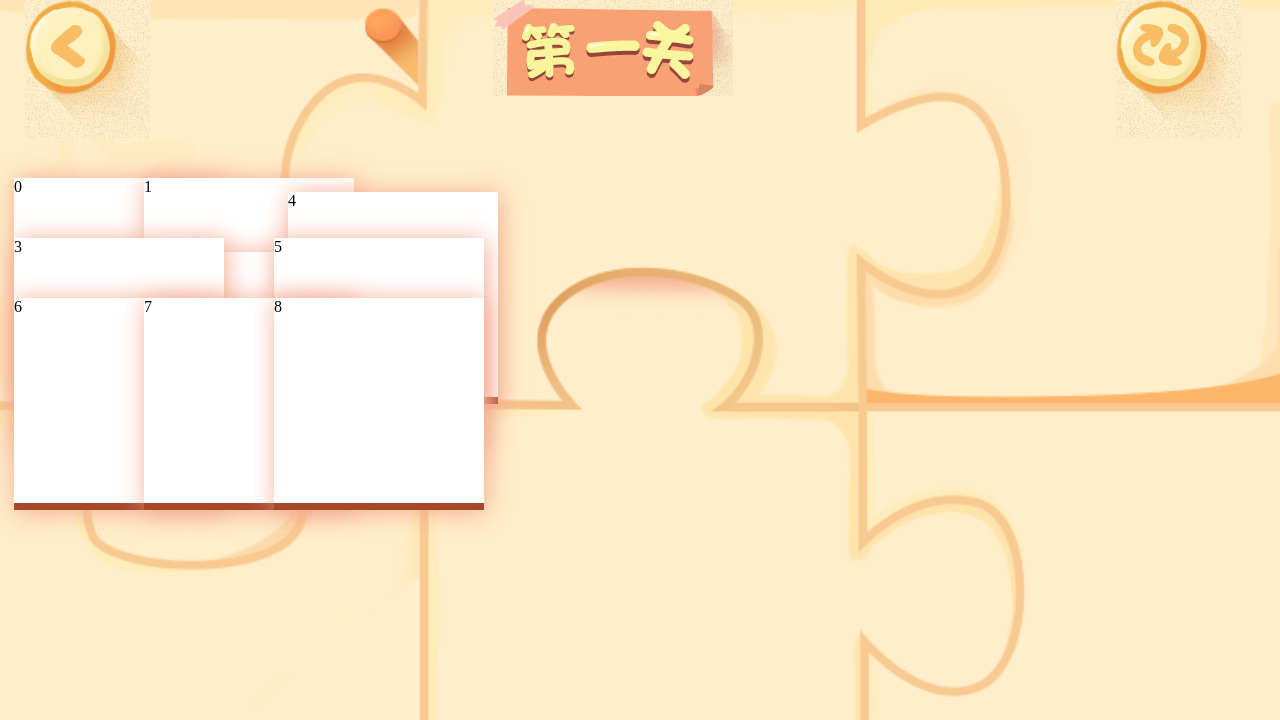
Repository: RedrockTeam/China-map-puzzle
Page: /#/second
The author's editor kept a copy of each file at every save. The page is drawn from the files as they stood at one save, then again after the next save.
The browser window is 1280 px wide. The pictures show the whole page.
Some web fonts or font styles are not loaded; a fallback is used. The project was rebuilt for these pictures with package versions that can differ from the ones it lists, and the page was loaded fresh each time. Also part of the build but not shown: vue.config.js, src/network/request.js, src/views/home.vue, src/views/pass.vue, src/components/dialog.vue, src/views/first.vue, src/views/third.vue, src/views/forth.vue.

Above is the page before, as saved 2019-09-25 14:57:59.

After the next save:
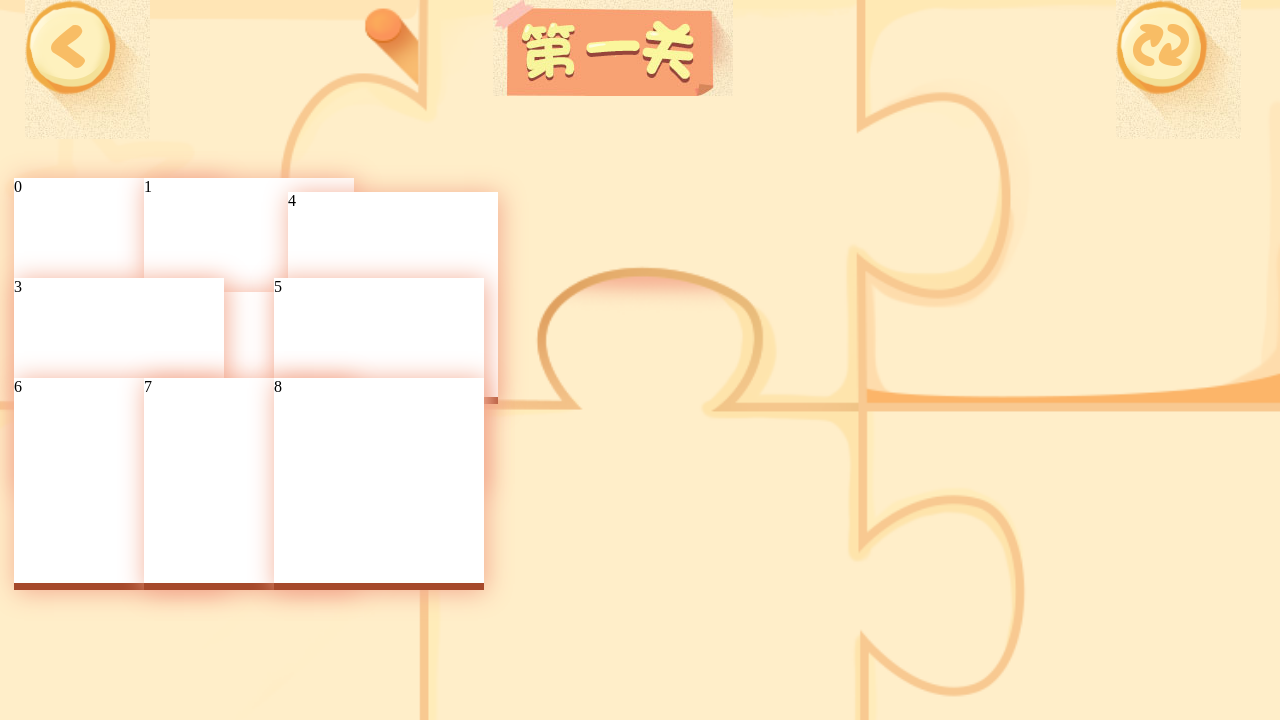
Saved 22 s later.
--- a/src/views/second.vue
+++ b/src/views/second.vue
@@ -40,12 +40,12 @@
         [0, 0],
         [130, 0],
         [130 * 2, 0],
-        [0, 60],
-        [130, 60],
-        [130 * 2, 60],
-        [0, 60 * 2],
-        [130, 60 * 2],
-        [130 * 2, 60 * 2]
+        [0, 100],
+        [130, 100],
+        [130 * 2, 100],
+        [0, 100 * 2],
+        [130, 100 * 2],
+        [130 * 2, 100 * 2]
       ]
     };
   },
